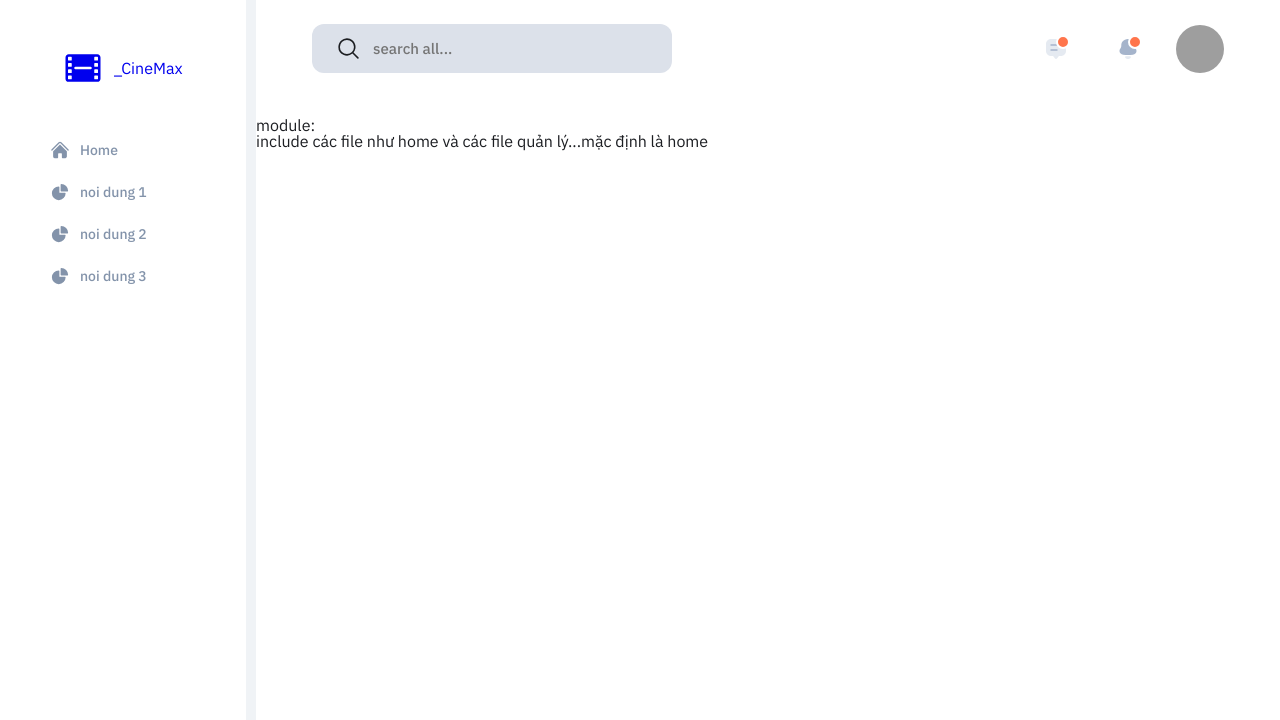
Repository: tdthinhtran961/DoAnCineMax
Page: http://localhost/admin/index.php?act=movies
These files come from the project's save history. The page is drawn as it stood at one moment and after the next save; the edit follows.
The browser window is 1280 px wide. The pictures show the whole page.
Pictures or frames that could not be fetched are drawn as grey boxes. The page is run by PHP 8.4 with error messages shown; the project is at /var/www/html/.

Above is the page before, as saved 2023-05-25 23:49:17.

### admin/index.php
<!DOCTYPE html>
<html lang="en">
<head>
    <meta charset="UTF-8">
    <meta http-equiv="X-UA-Compatible" content="IE=edge">
    <meta name="viewport" content="width=device-width, initial-scale=1.0">
    <title>Admin CineMax</title>

    <link rel="stylesheet" href="./index.css">

    <link rel="preconnect" href="https://fonts.googleapis.com">
    <link rel="preconnect" href="https://fonts.gstatic.com" crossorigin>
    <link href="https://fonts.googleapis.com/css2?family=IBM+Plex+Sans:wght@400;500;600;700&display=swap" rel="stylesheet">
</head>
<body>
    <div class="wrapper">
        <?php include "./view/layout/sidebar.php" ?>
        <main class="main">
            <?php include "./view/layout/topbar.php" ?>
            <div class="main-container">
                <h1>module:</h1>
                include các file như home và các file quản lý...mặc định là home
            </div>
        </main>
    </div>
</body>
</html>

### admin/view/layout/sidebar.php
<aside class="sidebar">
    <a href="#" class="logo">
        <svg xmlns="http://www.w3.org/2000/svg" viewBox="0 0 24 24" fill="currentColor" class="w-6 h-6 logo-icon">
            <path fill-rule="evenodd" d="M1.5 5.625c0-1.036.84-1.875 1.875-1.875h17.25c1.035 0 1.875.84 1.875 1.875v12.75c0 1.035-.84 1.875-1.875 1.875H3.375A1.875 1.875 0 011.5 18.375V5.625zm1.5 0v1.5c0 .207.168.375.375.375h1.5a.375.375 0 00.375-.375v-1.5a.375.375 0 00-.375-.375h-1.5A.375.375 0 003 5.625zm16.125-.375a.375.375 0 00-.375.375v1.5c0 .207.168.375.375.375h1.5A.375.375 0 0021 7.125v-1.5a.375.375 0 00-.375-.375h-1.5zM21 9.375A.375.375 0 0020.625 9h-1.5a.375.375 0 00-.375.375v1.5c0 .207.168.375.375.375h1.5a.375.375 0 00.375-.375v-1.5zm0 3.75a.375.375 0 00-.375-.375h-1.5a.375.375 0 00-.375.375v1.5c0 .207.168.375.375.375h1.5a.375.375 0 00.375-.375v-1.5zm0 3.75a.375.375 0 00-.375-.375h-1.5a.375.375 0 00-.375.375v1.5c0 .207.168.375.375.375h1.5a.375.375 0 00.375-.375v-1.5zM4.875 18.75a.375.375 0 00.375-.375v-1.5a.375.375 0 00-.375-.375h-1.5a.375.375 0 00-.375.375v1.5c0 .207.168.375.375.375h1.5zM3.375 15h1.5a.375.375 0 00.375-.375v-1.5a.375.375 0 00-.375-.375h-1.5a.375.375 0 00-.375.375v1.5c0 .207.168.375.375.375zm0-3.75h1.5a.375.375 0 00.375-.375v-1.5A.375.375 0 004.875 9h-1.5A.375.375 0 003 9.375v1.5c0 .207.168.375.375.375zm4.125 0a.75.75 0 000 1.5h9a.75.75 0 000-1.5h-9z" clip-rule="evenodd" />
        </svg>
        _CineMax
    </a>
    <ul class="menu">
        <li class="menu-item">
            <a href="#" class="menu-link">
                <svg xmlns="http://www.w3.org/2000/svg" viewBox="0 0 24 24" fill="currentColor" class="w-6 h-6 menu-icon">
                    <path d="M11.47 3.84a.75.75 0 011.06 0l8.69 8.69a.75.75 0 101.06-1.06l-8.689-8.69a2.25 2.25 0 00-3.182 0l-8.69 8.69a.75.75 0 001.061 1.06l8.69-8.69z" />
                    <path d="M12 5.432l8.159 8.159c.03.03.06.058.091.086v6.198c0 1.035-.84 1.875-1.875 1.875H15a.75.75 0 01-.75-.75v-4.5a.75.75 0 00-.75-.75h-3a.75.75 0 00-.75.75V21a.75.75 0 01-.75.75H5.625a1.875 1.875 0 01-1.875-1.875v-6.198a2.29 2.29 0 00.091-.086L12 5.43z" />
                </svg>
                <span class="menu-text">Home</span>
            </a>
        </li>
        <li class="menu-item">
            <a href="#" class="menu-link">
            <svg xmlns="http://www.w3.org/2000/svg" viewBox="0 0 24 24" fill="currentColor" class="w-6 h-6 menu-icon">
                <path fill-rule="evenodd" d="M2.25 13.5a8.25 8.25 0 018.25-8.25.75.75 0 01.75.75v6.75H18a.75.75 0 01.75.75 8.25 8.25 0 01-16.5 0z" clip-rule="evenodd" />
                <path fill-rule="evenodd" d="M12.75 3a.75.75 0 01.75-.75 8.25 8.25 0 018.25 8.25.75.75 0 01-.75.75h-7.5a.75.75 0 01-.75-.75V3z" clip-rule="evenodd" />
            </svg>
                <span class="menu-text">noi dung 1</span>
            </a>
        </li>
        <li class="menu-item">
            <a href="#" class="menu-link">
                <svg xmlns="http://www.w3.org/2000/svg" viewBox="0 0 24 24" fill="currentColor" class="w-6 h-6 menu-icon">
                    <path fill-rule="evenodd" d="M2.25 13.5a8.25 8.25 0 018.25-8.25.75.75 0 01.75.75v6.75H18a.75.75 0 01.75.75 8.25 8.25 0 01-16.5 0z" clip-rule="evenodd" />
                    <path fill-rule="evenodd" d="M12.75 3a.75.75 0 01.75-.75 8.25 8.25 0 018.25 8.25.75.75 0 01-.75.75h-7.5a.75.75 0 01-.75-.75V3z" clip-rule="evenodd" />
                </svg>
                <span class="menu-text">noi dung 2</span>
            </a>
        </li>
        <li class="menu-item">
            <a href="#" class="menu-link">
            <svg xmlns="http://www.w3.org/2000/svg" viewBox="0 0 24 24" fill="currentColor" class="w-6 h-6 menu-icon">
                <path fill-rule="evenodd" d="M2.25 13.5a8.25 8.25 0 018.25-8.25.75.75 0 01.75.75v6.75H18a.75.75 0 01.75.75 8.25 8.25 0 01-16.5 0z" clip-rule="evenodd" />
                <path fill-rule="evenodd" d="M12.75 3a.75.75 0 01.75-.75 8.25 8.25 0 018.25 8.25.75.75 0 01-.75.75h-7.5a.75.75 0 01-.75-.75V3z" clip-rule="evenodd" />
            </svg>
                <span class="menu-text">noi dung 3</span>
            </a>
        </li>
    </ul>
</aside>

### admin/view/layout/topbar.php
<div class="topbar">
    <div class="search">
        <svg xmlns="http://www.w3.org/2000/svg" viewBox="0 0 24 24" fill="currentColor" class="w-6 h-6 search-icon">
            <path fill-rule="evenodd" d="M10.5 3.75a6.75 6.75 0 100 13.5 6.75 6.75 0 000-13.5zM2.25 10.5a8.25 8.25 0 1114.59 5.28l4.69 4.69a.75.75 0 11-1.06 1.06l-4.69-4.69A8.25 8.25 0 012.25 10.5z" clip-rule="evenodd" />
        </svg>
        <input type="text" class="search-input" placeholder="search all...">
    </div>
    <div class="topbar-right">
        <svg class="icon-message topbar-action" width="48" height="48" viewBox="0 0 48 48" fill="none" xmlns="http://www.w3.org/2000/svg">
            <path d="M14 24.97V18.99C14 16.23 16.24 14 19 14H29C31.76 14 34 16.23 34 18.99V25.97C34 28.72 31.76 30.95 29 30.95H27.5C27.19 30.95 26.89 31.1 26.7 31.35L25.2 33.34C24.54 34.22 23.46 34.22 22.8 33.34L21.3 31.35C21.14 31.13 20.78 30.95 20.5 30.95H19C16.24 30.95 14 28.72 14 25.97V24.97Z" fill="#E5EAF1"/>
            <path d="M29 20.75H19C18.59 20.75 18.25 20.41 18.25 20C18.25 19.59 18.59 19.25 19 19.25H29C29.41 19.25 29.75 19.59 29.75 20C29.75 20.41 29.41 20.75 29 20.75Z" fill="#A5B4CB"/>
            <path d="M25 25.75H19C18.59 25.75 18.25 25.41 18.25 25C18.25 24.59 18.59 24.25 19 24.25H25C25.41 24.25 25.75 24.59 25.75 25C25.75 25.41 25.41 25.75 25 25.75Z" fill="#A5B4CB"/>
            <rect x="25" y="11" width="12" height="12" rx="6" fill="#FF754C"/>
            <rect x="25" y="11" width="12" height="12" rx="6" stroke="white" stroke-width="2"/>
        </svg>
        <svg class="icon-noti topbar-action" width="48" height="48" viewBox="0 0 48 48" fill="none" xmlns="http://www.w3.org/2000/svg">
            <path d="M31.7695 23.6453C31.039 22.7923 30.7071 22.0531 30.7071 20.7972V20.3701C30.7071 18.7335 30.3304 17.6791 29.5115 16.6246C28.2493 14.987 26.1244 14 24.0442 14H23.9558C21.9194 14 19.8611 14.9417 18.577 16.5128C17.7133 17.5884 17.2929 18.6882 17.2929 20.3701V20.7972C17.2929 22.0531 16.9828 22.7923 16.2305 23.6453C15.6769 24.2738 15.5 25.0815 15.5 25.9557C15.5 26.8309 15.7872 27.6598 16.3637 28.3336C17.116 29.1413 18.1785 29.6569 19.2638 29.7466C20.835 29.9258 22.4063 29.9933 24.0005 29.9933C25.5937 29.9933 27.165 29.8805 28.7372 29.7466C29.8215 29.6569 30.884 29.1413 31.6363 28.3336C32.2118 27.6598 32.5 26.8309 32.5 25.9557C32.5 25.0815 32.3231 24.2738 31.7695 23.6453Z" fill="#A5B4CB"/>
            <path d="M26.0087 31.2283C25.5088 31.1215 22.4626 31.1215 21.9627 31.2283C21.5353 31.327 21.0732 31.5566 21.0732 32.0602C21.098 32.5406 21.3793 32.9646 21.7689 33.2335L21.7679 33.2345C22.2718 33.6273 22.8631 33.877 23.4823 33.9667C23.8123 34.012 24.1482 34.01 24.4901 33.9667C25.1083 33.877 25.6996 33.6273 26.2035 33.2345L26.2025 33.2335C26.5921 32.9646 26.8734 32.5406 26.8982 32.0602C26.8982 31.5566 26.4361 31.327 26.0087 31.2283Z" fill="#E5EAF1"/>
            <rect x="25" y="11" width="12" height="12" rx="6" fill="#FF754C"/>
            <rect x="25" y="11" width="12" height="12" rx="6" stroke="white" stroke-width="2"/>
        </svg>
        <div class="profile">
            <img class="" src="https://images.unsplash.com/photo-1600486913747-55e5470d6f40?ixlib=rb-4.0.3&ixid=M3wxMjA3fDB8MHxzZWFyY2h8MTd8fG1hbnxlbnwwfHwwfHx8MA%3D%3D&auto=format&fit=crop&w=800&q=60" alt="">
        </div>
    </div>
</div>

### admin/index.css
/* start css reset */
*,
*:before,
*:after {
  box-sizing: border-box;
}
* {
  margin: 0;
  padding: 0;
  font: inherit;
}
img,
picture,
svg,
video {
  display: block;
  max-width: 100%;
}
input,
select,
textarea {
  background-color: transparent;
  outline: none;
}
button {
  cursor: pointer;
  background-color: transparent;
  outline: none;
  border: 0;
}
body {
  min-height: 100vh;
  font-weight: 400;
  font-size: 16px;
  line-height: 1;
}
a {
  text-decoration: none;
}
ul, ol {
  list-style-type: none;
}
/* end css reset */
body {
  font-family: "IBM Plex Sans", sans-serif;
  color: hsl(220, 10%, 12%);
  text-rendering: optimizeLegibility;
  -webkit-font-smoothing: antialiased;
  -moz-osx-font-smoothing: grayscale;
}
.wrapper {
  max-width: 1440px;
  margin: 0 auto;
  background-color: 30325E;
  display: grid;
  grid-template-columns: 256px minmax(0, 1fr);
  min-height: 100vh;
}

/* start sidebar */
.sidebar {
  background-color: white;
  padding: 48px 30px;
  border-right: 10px solid #F0F3F6;
}
.logo {
  display: flex;
  align-items: center;
  justify-content: center;
  gap: 10px;
  margin-bottom: 44px;
}
.logo-icon {
  width: 40px;
  height: 40px;
}
.menu {
  display: flex;
  flex-direction: column;
  gap: 6px;
}
.menu-icon {
  width: 20px;
  height: 20px;
}
.menu-link {
  display: flex;
  align-items: center;
  gap: 10px;
  color: hsl(215, 19%, 59%);
  font-size: 14px;
  line-height: 143%;
  font-weight: 500;
  padding: 8px 30px 8px 20px;
  border-radius: 12px;
}
.menu-link:hover {
  background: linear-gradient(92.29deg, #415EF4 0.33%, #7141EF 28.14%);
  color: white;
}
/* end css sidebar */
/* start css topbar */
.topbar {
  padding: 24px 56px;
  background-color: white;
  display:flex;
  justify-content: space-between;
  align-items: center;
  margin-bottom: 20px;
}
.search {
  padding: 12px 24px;
  border-radius: 12px;
  display: flex;
  align-items: center;
  gap: 12px;
  background-color: hsl(217, 24%, 89%);
  flex: 0 1 360px;
}
.search-icon {
  width: 25px;
  height: 25px;
}
.search-input {
  background-color: transparent;
  border: none;
  font-weight: 500;
  font-size: 15px;
  color: hsl(248, 57%, 60%);
  caret-color: hsl(248, 57%, 60%);
  flex: 1;
}
.topbar-right {
  display: flex;
  align-items: center;
  gap: 24px;
  flex-shrink: 0;
}
.topbar-action{
  flex-shrink: 0;
}
.profile {
  width: 48px;
  height: 48px;
  flex-shrink: 0;
}
.profile img {
  border-radius: 100rem;
  width: 100%;
  height: 100%;
  object-fit: cover;
  flex-shrink: 0;
}
/* end css topbar */
/* star css main-container */
.main-container {

}

After the next save:
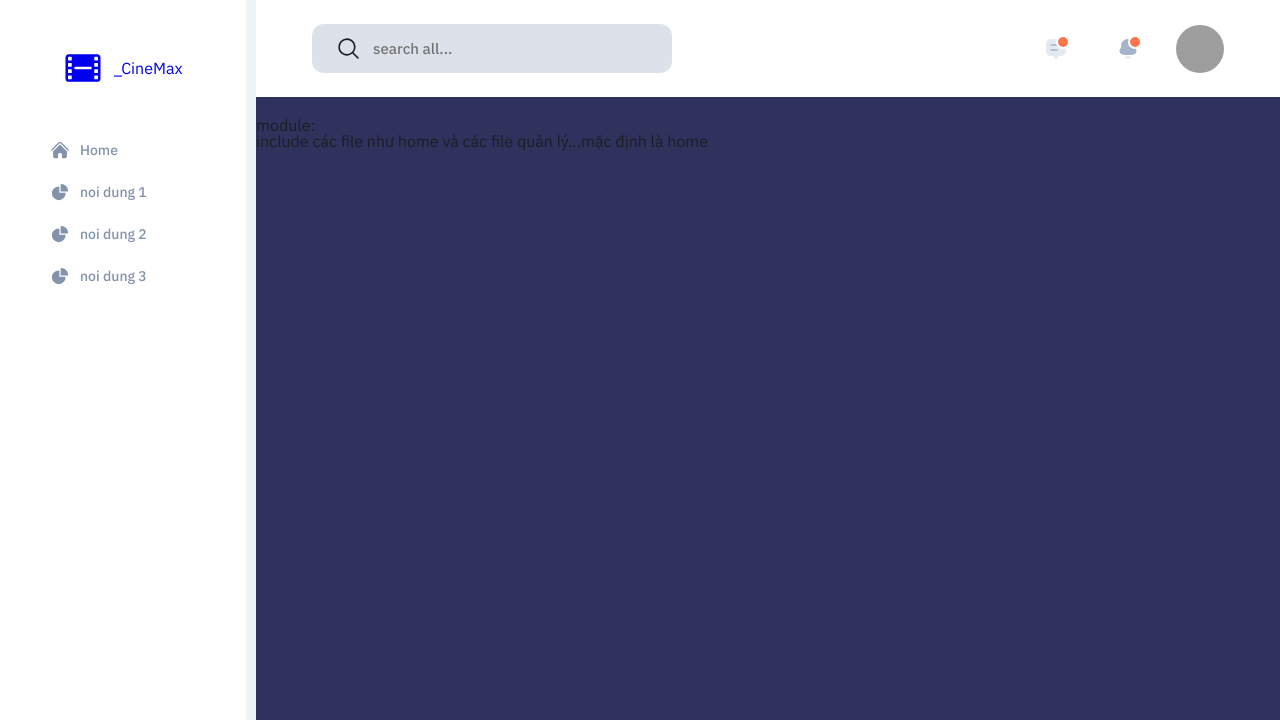
Saved 8 s later.
--- a/admin/index.css
+++ b/admin/index.css
@@ -51,7 +51,7 @@ body {
 .wrapper {
   max-width: 1440px;
   margin: 0 auto;
-  background-color: 30325E;
+  background-color: #30325E;
   display: grid;
   grid-template-columns: 256px minmax(0, 1fr);
   min-height: 100vh;
